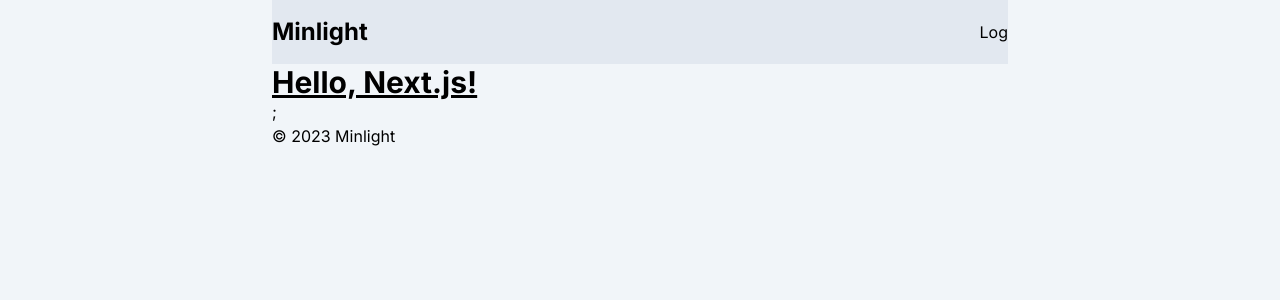
Repository: kwngmin/minlight-log
Page: /
The author's editor kept a copy of each file at every save. The page is drawn from the files as they stood at one save, then again after the next save.
The browser window is 1280 px wide. The pictures show the whole page.
The project was rebuilt for these pictures with package versions that can differ from the ones it lists, and the page was loaded fresh each time. The framework's server and built-in components were replaced by stand-ins that run in the browser. Also part of the build but not shown: next.config.js.

Above is the page before, as saved 2023-04-04 15:26:39.

After the next save:
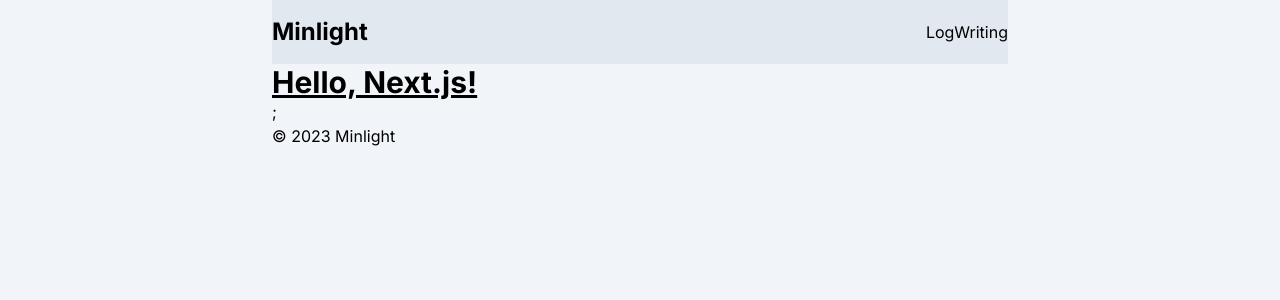
Saved 15 s later.
--- a/src/app/layout.tsx
+++ b/src/app/layout.tsx
@@ -10,7 +10,10 @@ export const metadata = {
   },
   description: "Minlight log",
 };
-const navList = [{ name: "Log", url: "/log" }];
+const navList = [
+  { name: "Log", url: "/log" },
+  { name: "Writing", url: "/log" },
+];
 export default function RootLayout({
   children,
 }: {
